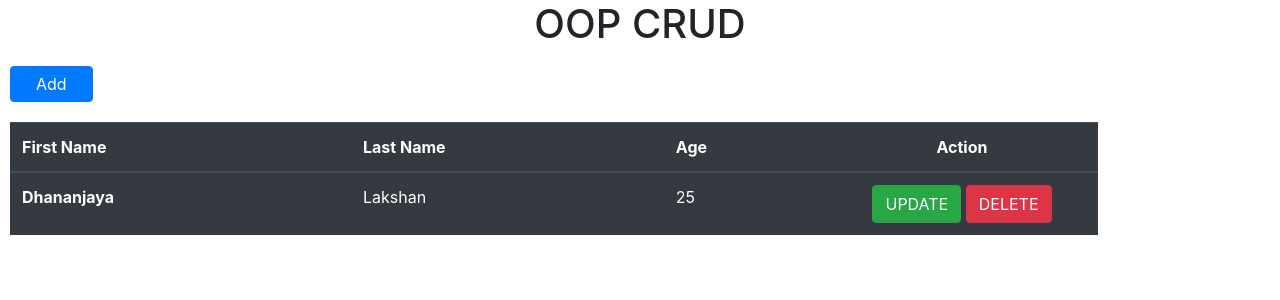
Repository: DhananjayaLakshan/PHP_CRUD_OOP1
Page: http://localhost/
These files come from the project's save history. The page is drawn as it stood at one moment and after the next save; the edit follows.
The browser window is 1280 px wide. The pictures show the whole page.
The page is run by PHP 8.4 with error messages shown; the project is at /var/www/html/. Queries for data that is not in the repository find no rows.

Above is the page before, as saved 2023-11-30 13:07:00.

After the next save:
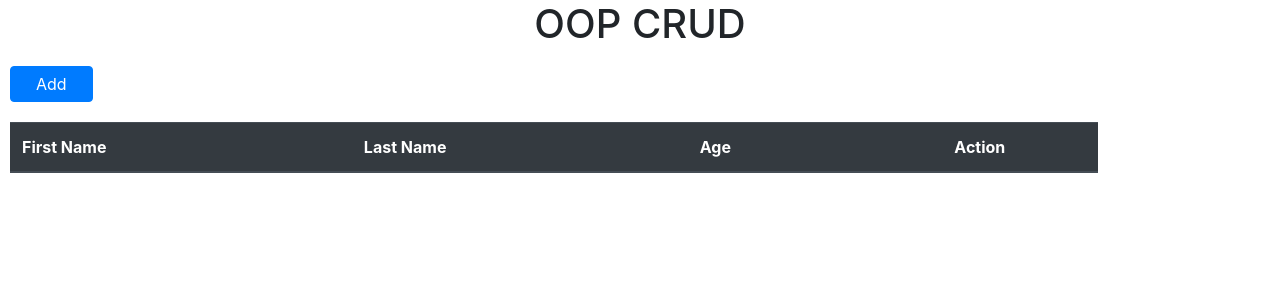
Saved 3 min 20 s later.
--- a/index.php
+++ b/index.php
@@ -36,16 +36,23 @@
             </tr>
         </thead>
         <tbody>
-            <tr>
-                <th>Dhananjaya</th>
-                <td>Lakshan</td>
-                <td>25</td>
-                <td style="width: 25%; text-align: center;">
-                    <button class="btn btn-success">UPDATE</button>
-                    <button class="btn btn-danger">DELETE</button>
-                </td>
-            </tr>
+<?
+        foreach($all as $key => $val){
 
+            ?>
+
+        <tr>
+            <th><?=$val['firstName']?></th>
+            <td><?=$val['lastName']?></td>
+            <td><?=$val['age']?></td>
+            <td style="width: 25%; text-align: center;">
+                <button class="btn btn-success">UPDATE</button>
+                <button class="btn btn-danger">DELETE</button>
+            </td>
+        </tr>
+<?
+}
+?>
         </tbody>
     </table>
 
